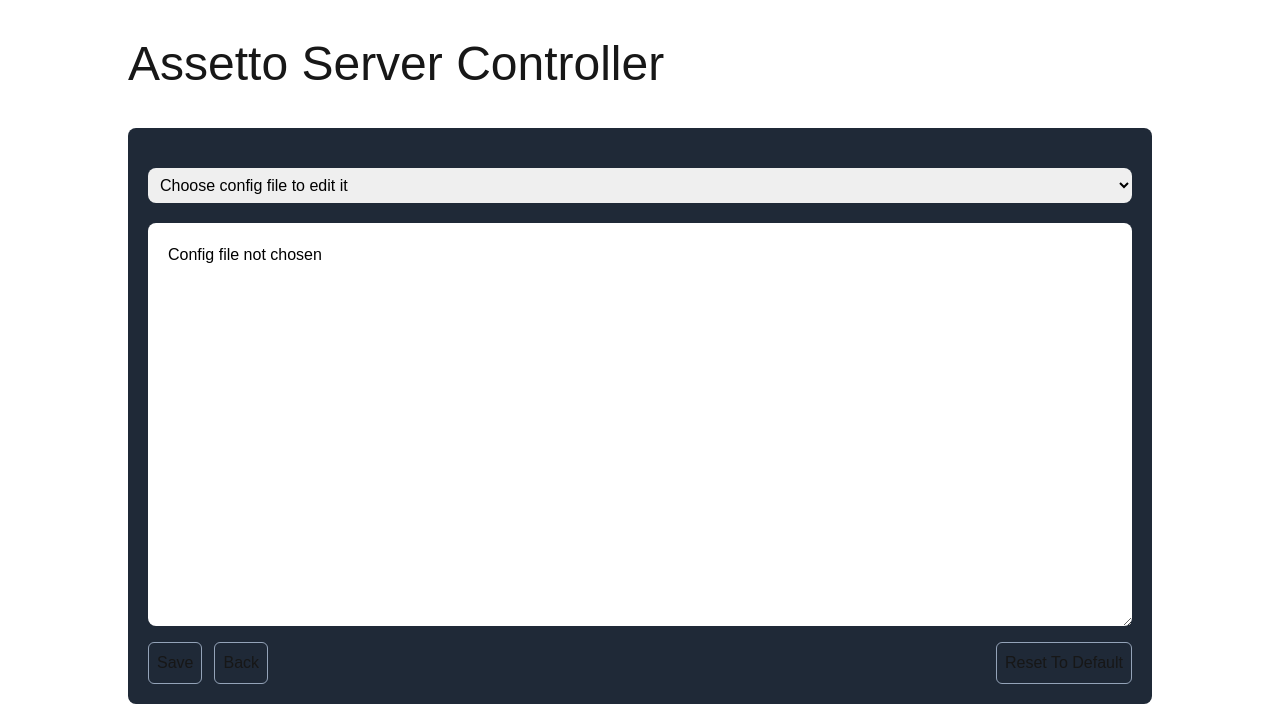
Repository: lookatthisdoode/ac-server-controller
Page: /edit-cfg
These files come from the project's save history. The page is drawn as it stood at one moment and after the next save; the edit follows.
The browser window is 1280 px wide. The pictures show the whole page.
The project was rebuilt for these pictures with package versions that can differ from the ones it lists, and the page was loaded fresh each time. The framework's server and built-in components were replaced by stand-ins that run in the browser. Also part of the build but not shown: next.config.mjs.

Above is the page before, as saved 2024-09-05 16:29:12.

After the next save:
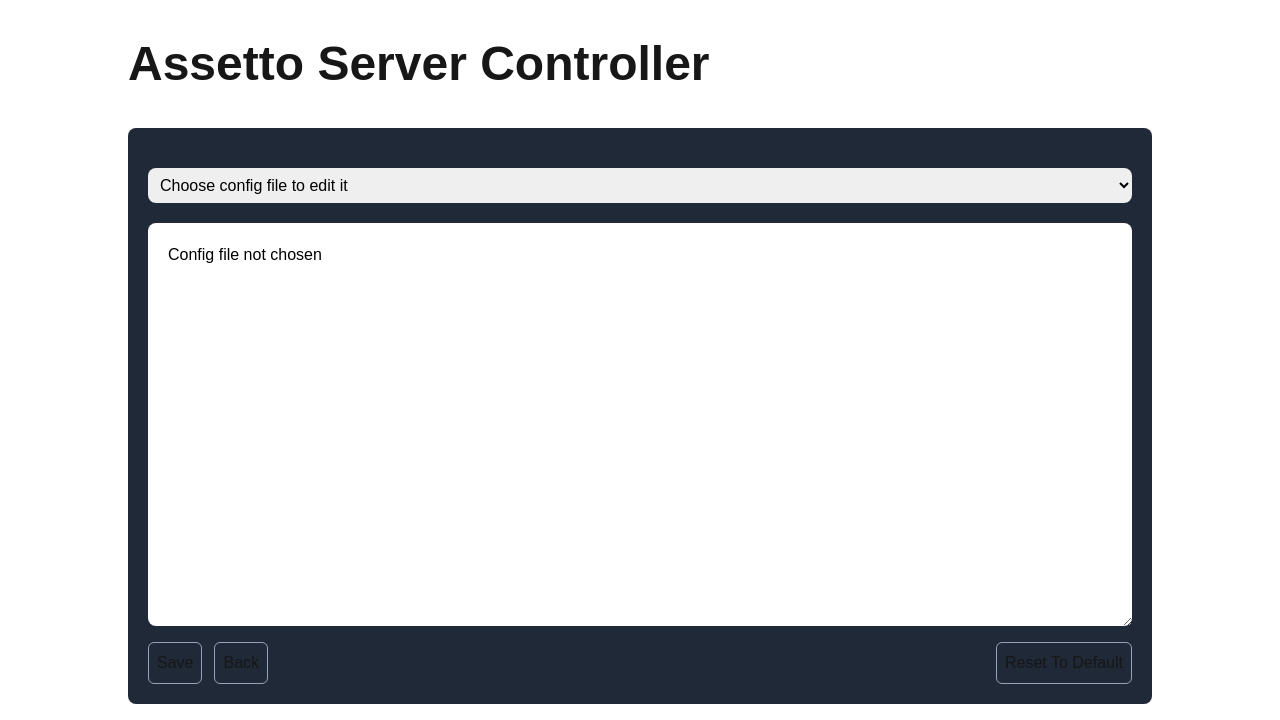
Saved 6 s later.
--- a/app/layout.tsx
+++ b/app/layout.tsx
@@ -28,7 +28,7 @@
       <body
         className={`${geistSans.variable} ${geistMono.variable} w-4/5 mx-auto`}
       >
-        <h1 className="text-5xl py-10 font-cold">Assetto Server Controller</h1>
+        <h1 className="text-5xl py-10 font-bold">Assetto Server Controller</h1>
         <div className="">{children}</div>
       </body>
     </html>
